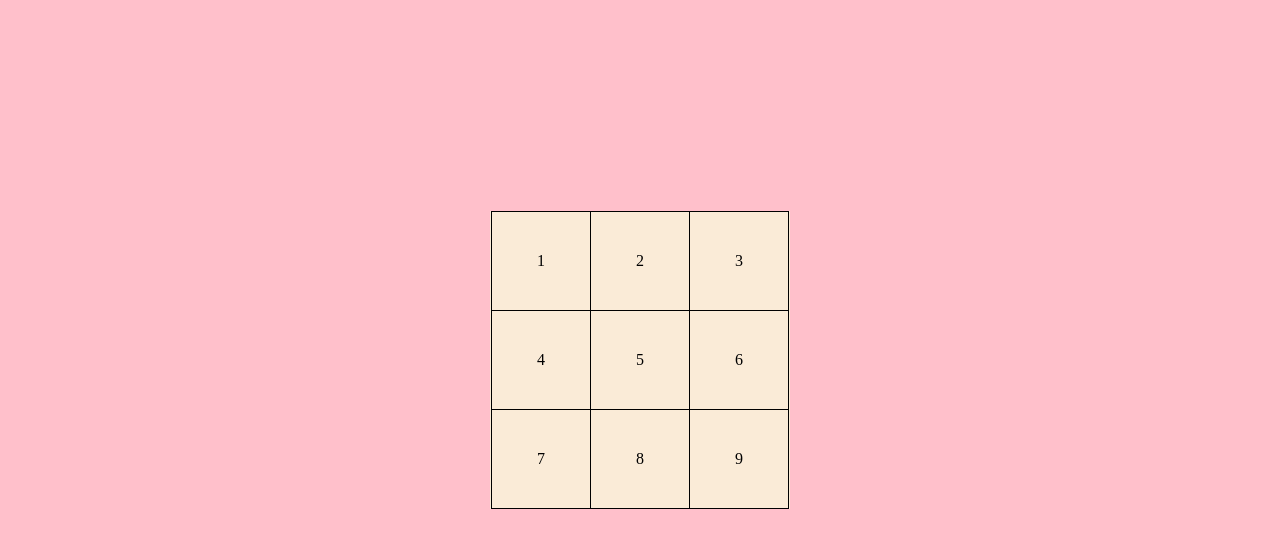
Repository: MMXiaohang/frontend-interview-coding
Page: 18.九宫格布局.html
An editor plug-in stored every save of this project. The page is shown before and after the next save, followed by the edit.
The browser window is 1280 px wide. The pictures show the whole page.
The pointer rests on the first visible `li`.

Above is the page before, as saved 2022-04-01 11:18:47.

### 18.九宫格布局.html
<!DOCTYPE html>
<html lang="en">
<head>
    <meta charset="UTF-8">
    <meta http-equiv="X-UA-Compatible" content="IE=edge">
    <meta name="viewport" content="width=device-width, initial-scale=1.0">
    <title>Document</title>
    <style>
        *{
            padding: 0;
            margin: 0;
        }

        html, body{
            height: 100%;
        }

        body{
            display: grid;
            place-items: center;
            background-color: pink;
        }

        ul{
            width: 300px;
            display: flex;
            justify-content: center;
            flex-wrap: wrap;
            list-style: none;
            background-color: antiquewhite;
        }

        ul li{
            display: grid;
            place-items: center;
            box-sizing: border-box;
            width: 100px;
            height: 100px;
            border: 1px solid black;
            margin: -1px 0 0 -1px;
        }

        li:nth-child(3n+1){
            /* 第一列取消左负边距 */
            margin-left: 0px;
        }

        li:nth-child(-n+3){
            /* 第一行取消上负边距 */
            margin-top: 0px;
        }



    </style>
</head>
<body>
    <ul>
        <li>1</li>
        <li>2</li>
        <li>3</li>
        <li>4</li>
        <li>5</li>
        <li>6</li>
        <li>7</li>
        <li>8</li>
        <li>9</li>
    </ul>
</body>
</html>

After the next save:
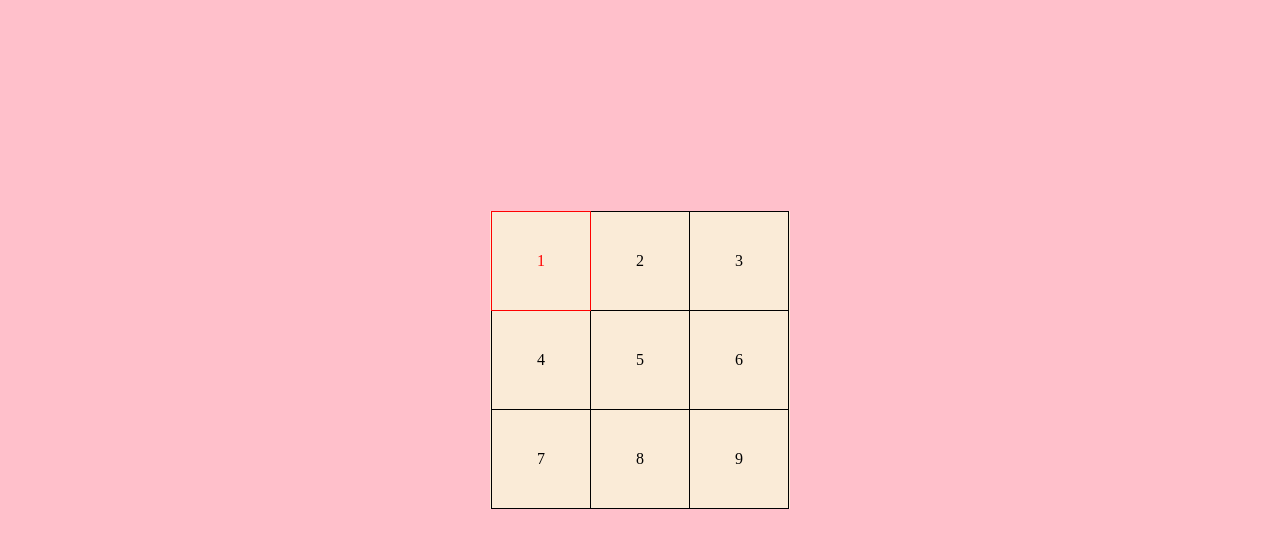
Saved 110 s later.
--- a/18.九宫格布局.html
+++ b/18.九宫格布局.html
@@ -50,6 +50,11 @@
             margin-top: 0px;
         }
 
+        li:hover{
+            color: red;
+            border:1px solid;
+            z-index: 2;
+        }
 
 
     </style>
